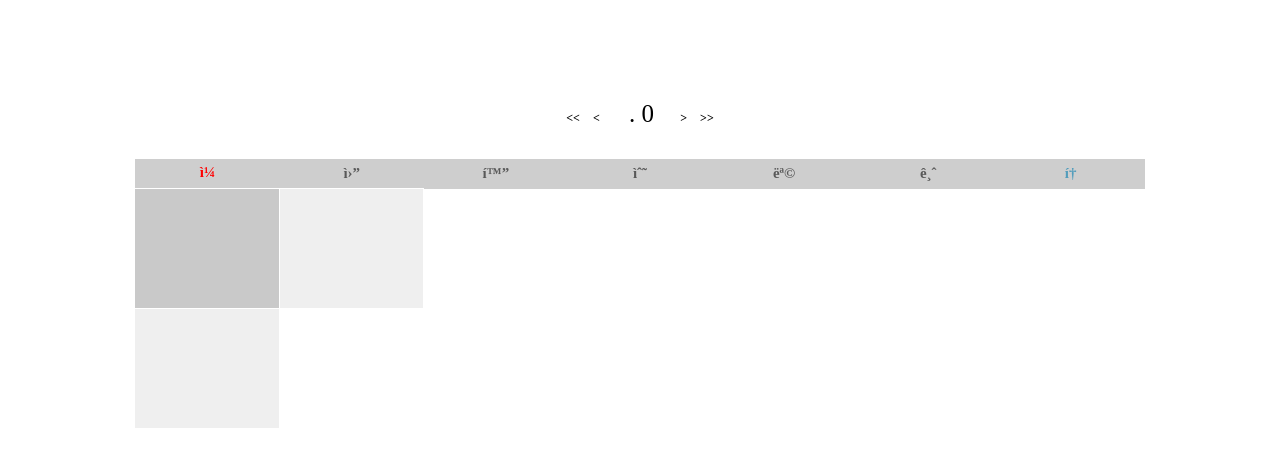
Repository: guddus326/Grass_Farm
Page: http://localhost/Grass_Farm/test.jsp
The author's editor kept a copy of each file at every save. The page is drawn from the files as they stood at one save, then again after the next save.
The browser window is 1280 px wide. The pictures show the whole page.
The page is served by Tomcat 9.

Above is the page before, as saved 2020-11-06 09:21:49.

After the next save:
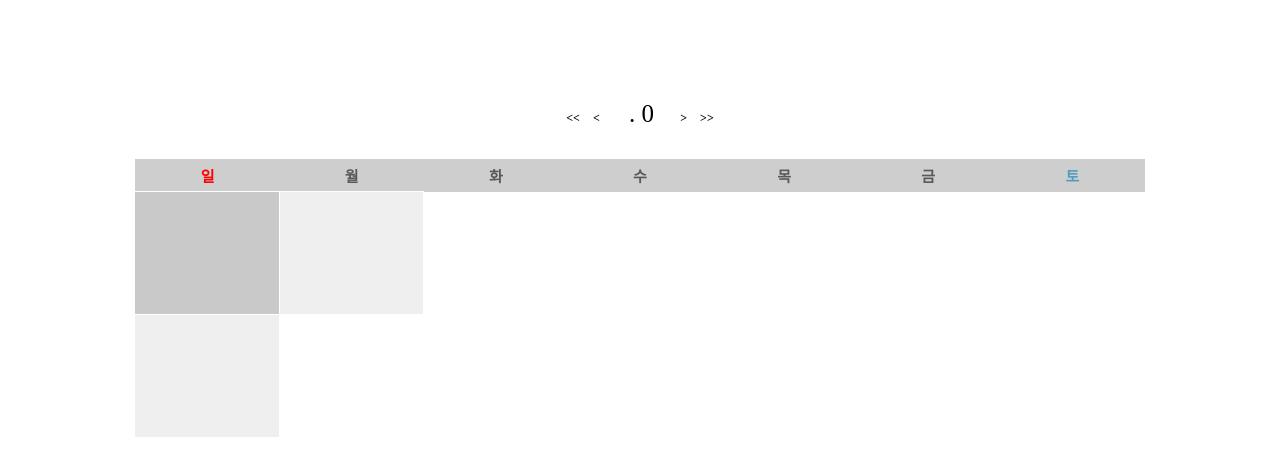
Saved 26 s later.
--- a/Grass_Farm/Grass_Farm/WebContent/test.jsp
+++ b/Grass_Farm/Grass_Farm/WebContent/test.jsp
@@ -1,4 +1,7 @@
-
+<!DOCTYPE html PUBLIC "-//W3C//DTD HTML 4.01 Transitional//EN" "http://www.w3.org/TR/html4/loose.dtd">
+<%@page import="java.text.SimpleDateFormat"%>
+<%@page import="java.util.Calendar"%>
+<%@ page contentType="text/html; charset=utf-8"%>
 
 
 <html lang="ko">
